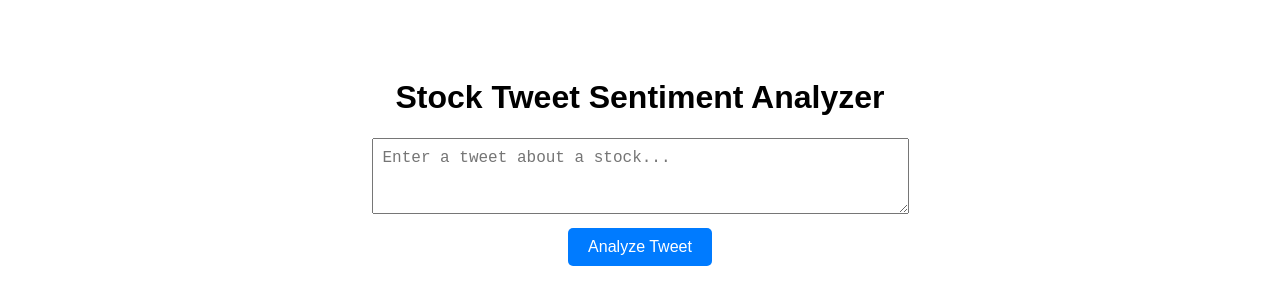
Repository: ayushlenka/ecs171
Page: / (app in frontend/)
The author's editor kept a copy of each file at every save. The page is drawn from the files as they stood at one save, then again after the next save.
The browser window is 1280 px wide. The pictures show the whole page.
The project was rebuilt for these pictures with package versions that can differ from the ones it lists, and the page was loaded fresh each time.

Above is the page before, as saved 2025-03-09 23:44:21.

### frontend/src/App.js
import React, { useState } from "react";

function App() {
    const [tweetInput, setTweetInput] = useState("");
    const [result, setResult] = useState(null);
    const [loading, setLoading] = useState(false);
    const [error, setError] = useState(null);

    const handleAnalyze = async () => {
        setError(null); // Clear previous errors
        setLoading(true);

        try {
            const response = await fetch("http://127.0.0.1:8000/analyze_tweet", {
                method: "POST",
                headers: {
                    "Content-Type": "application/json",
                },
                body: JSON.stringify({ tweet: tweetInput }),
            });

            const data = await response.json();

            if (!response.ok) {
                throw new Error(data.detail || "Unknown error occurred");
            }

            setResult(data); // Set the result to display
        } catch (error) {
            console.error("Error analyzing tweet:", error);
            setError(error.message); // Show error message
        } finally {
            setLoading(false);
        }
    };

    return (
        <div style={{ textAlign: "center", padding: "50px", fontFamily: "Arial, sans-serif" }}>
            <h1>Stock Tweet Sentiment Analyzer</h1>
            <textarea
                placeholder="Enter a tweet about a stock..."
                value={tweetInput}
                onChange={(e) => setTweetInput(e.target.value)}
                rows="3"
                cols="50"
                style={{ padding: "10px", fontSize: "16px", marginBottom: "10px" }}
            />
            <br />
            <button
                onClick={handleAnalyze}
                disabled={loading}
                style={{
                    padding: "10px 20px",
                    fontSize: "16px",
                    cursor: "pointer",
                    backgroundColor: "#007BFF",
                    color: "#fff",
                    border: "none",
                    borderRadius: "5px",
                }}
            >
                {loading ? "Analyzing..." : "Analyze Tweet"}
            </button>
            <br /><br />
            {error && <p style={{ color: "red" }}>Error: {error}</p>}
            {result && (
                <div style={{ marginTop: "20px" }}>
                    <h2>Analysis Result:</h2>
                    <p><strong>Emotion:</strong> {result.emotion}</p>
                    <p><strong>Sentiment:</strong> {result.sentiment}</p>
                </div>
            )}
        </div>
    );
}

export default App;

Loaded but not shown: frontend/public/index.html (common file); frontend/src/index.js (common file)

After the next save:
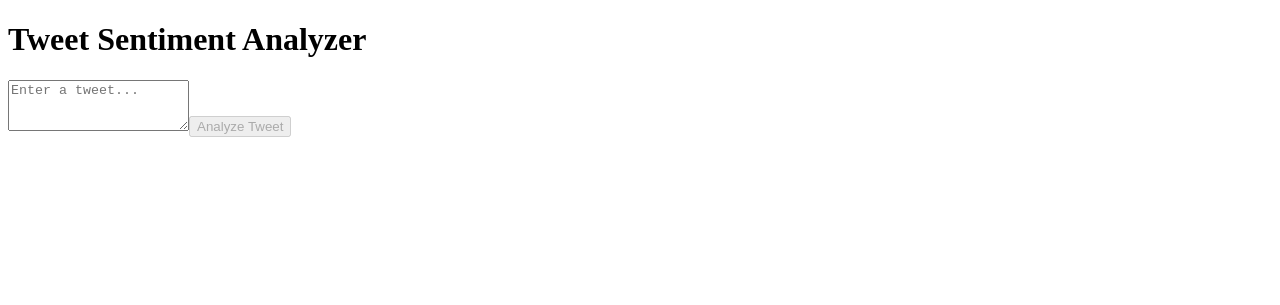
Saved 9 min 8 s later.
--- a/frontend/src/App.js
+++ b/frontend/src/App.js
@@ -1,77 +1,70 @@
 import React, { useState } from "react";
 
 function App() {
-    const [tweetInput, setTweetInput] = useState("");
-    const [result, setResult] = useState(null);
-    const [loading, setLoading] = useState(false);
-    const [error, setError] = useState(null);
+  const [userInput, setUserInput] = useState("");
+  const [analysis, setAnalysis] = useState(null);
+  const [loading, setLoading] = useState(false);
+  const [error, setError] = useState("");
 
-    const handleAnalyze = async () => {
-        setError(null); // Clear previous errors
-        setLoading(true);
+  const analyzeTweet = async () => {
+    setLoading(true);
+    setError("");
+    setAnalysis(null);
 
-        try {
-            const response = await fetch("http://127.0.0.1:8000/analyze_tweet", {
-                method: "POST",
-                headers: {
-                    "Content-Type": "application/json",
-                },
-                body: JSON.stringify({ tweet: tweetInput }),
-            });
+    try {
+      const response = await fetch("http://127.0.0.1:8000/analyze_tweet", {
+        method: "POST",
+        headers: {
+          "Content-Type": "application/json",
+        },
+        body: JSON.stringify({ tweet: userInput }),
+      });
 
-            const data = await response.json();
+      if (!response.ok) {
+        throw new Error(`HTTP Error! Status: ${response.status}`);
+      }
 
-            if (!response.ok) {
-                throw new Error(data.detail || "Unknown error occurred");
-            }
+      const data = await response.json();
+      setAnalysis(data);
+    } catch (error) {
+      console.error("Error fetching analysis:", error);
+      setError("Failed to analyze tweet. Please try again.");
+    } finally {
+      setLoading(false);
+    }
+  };
 
-            setResult(data); // Set the result to display
-        } catch (error) {
-            console.error("Error analyzing tweet:", error);
-            setError(error.message); // Show error message
-        } finally {
-            setLoading(false);
-        }
-    };
+  return (
+    <div className="min-h-screen flex flex-col items-center justify-center bg-gray-100 p-5">
+      <h1 className="text-2xl font-bold mb-4">Tweet Sentiment Analyzer</h1>
 
-    return (
-        <div style={{ textAlign: "center", padding: "50px", fontFamily: "Arial, sans-serif" }}>
-            <h1>Stock Tweet Sentiment Analyzer</h1>
-            <textarea
-                placeholder="Enter a tweet about a stock..."
-                value={tweetInput}
-                onChange={(e) => setTweetInput(e.target.value)}
-                rows="3"
-                cols="50"
-                style={{ padding: "10px", fontSize: "16px", marginBottom: "10px" }}
-            />
-            <br />
-            <button
-                onClick={handleAnalyze}
-                disabled={loading}
-                style={{
-                    padding: "10px 20px",
-                    fontSize: "16px",
-                    cursor: "pointer",
-                    backgroundColor: "#007BFF",
-                    color: "#fff",
-                    border: "none",
-                    borderRadius: "5px",
-                }}
-            >
-                {loading ? "Analyzing..." : "Analyze Tweet"}
-            </button>
-            <br /><br />
-            {error && <p style={{ color: "red" }}>Error: {error}</p>}
-            {result && (
-                <div style={{ marginTop: "20px" }}>
-                    <h2>Analysis Result:</h2>
-                    <p><strong>Emotion:</strong> {result.emotion}</p>
-                    <p><strong>Sentiment:</strong> {result.sentiment}</p>
-                </div>
-            )}
+      <textarea
+        className="w-96 p-3 border rounded-md shadow-sm focus:outline-none focus:ring-2 focus:ring-blue-400"
+        rows="3"
+        placeholder="Enter a tweet..."
+        value={userInput}
+        onChange={(e) => setUserInput(e.target.value)}
+      />
+
+      <button
+        className="mt-4 px-4 py-2 bg-blue-500 text-white rounded-md shadow-md hover:bg-blue-600 transition duration-300"
+        onClick={analyzeTweet}
+        disabled={loading || !userInput.trim()}
+      >
+        {loading ? "Analyzing..." : "Analyze Tweet"}
+      </button>
+
+      {error && <p className="mt-3 text-red-500">{error}</p>}
+
+      {analysis && (
+        <div className="mt-6 p-4 border rounded-md bg-white shadow-md w-96">
+          <h2 className="text-lg font-semibold">Analysis Result</h2>
+          <p><strong>Emotion:</strong> {analysis.emotion}</p>
+          <p><strong>Sentiment:</strong> {analysis.sentiment}</p>
         </div>
-    );
+      )}
+    </div>
+  );
 }
 
 export default App;
